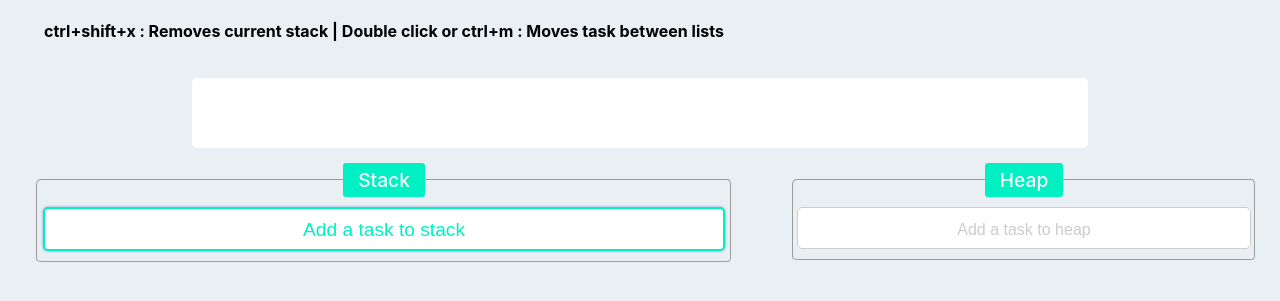
Repository: litalsh/meeting_v1
Page: /
The author's editor kept a copy of each file at every save. The page is drawn from the files as they stood at one save, then again after the next save.
The browser window is 1280 px wide. The pictures show the whole page.
The project was rebuilt for these pictures with package versions that can differ from the ones it lists, and the page was loaded fresh each time. Also part of the build but not shown: src/Task.js.

Above is the page before, as saved 2020-12-07 11:40:53.

After the next save:
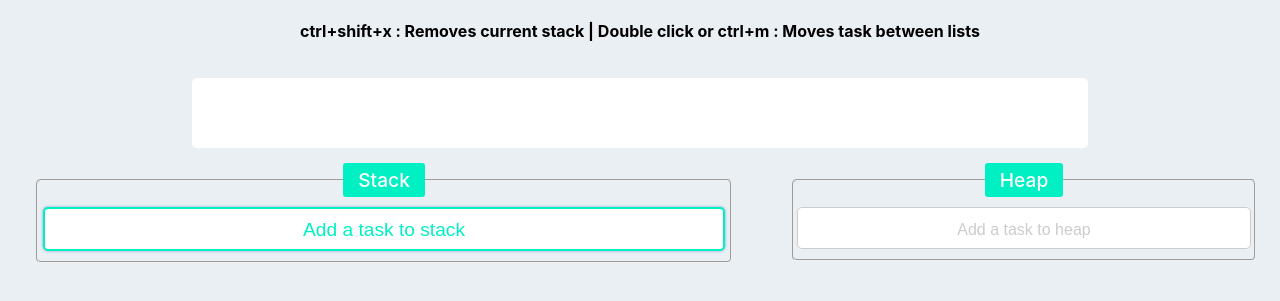
Saved 9 min 46 s later.
--- a/src/App.css
+++ b/src/App.css
@@ -4,7 +4,7 @@ body{
 
 h4 {
   text-align: center;
-}
+  grid-column: 1/3;}
 
 .container {
   display: grid;
